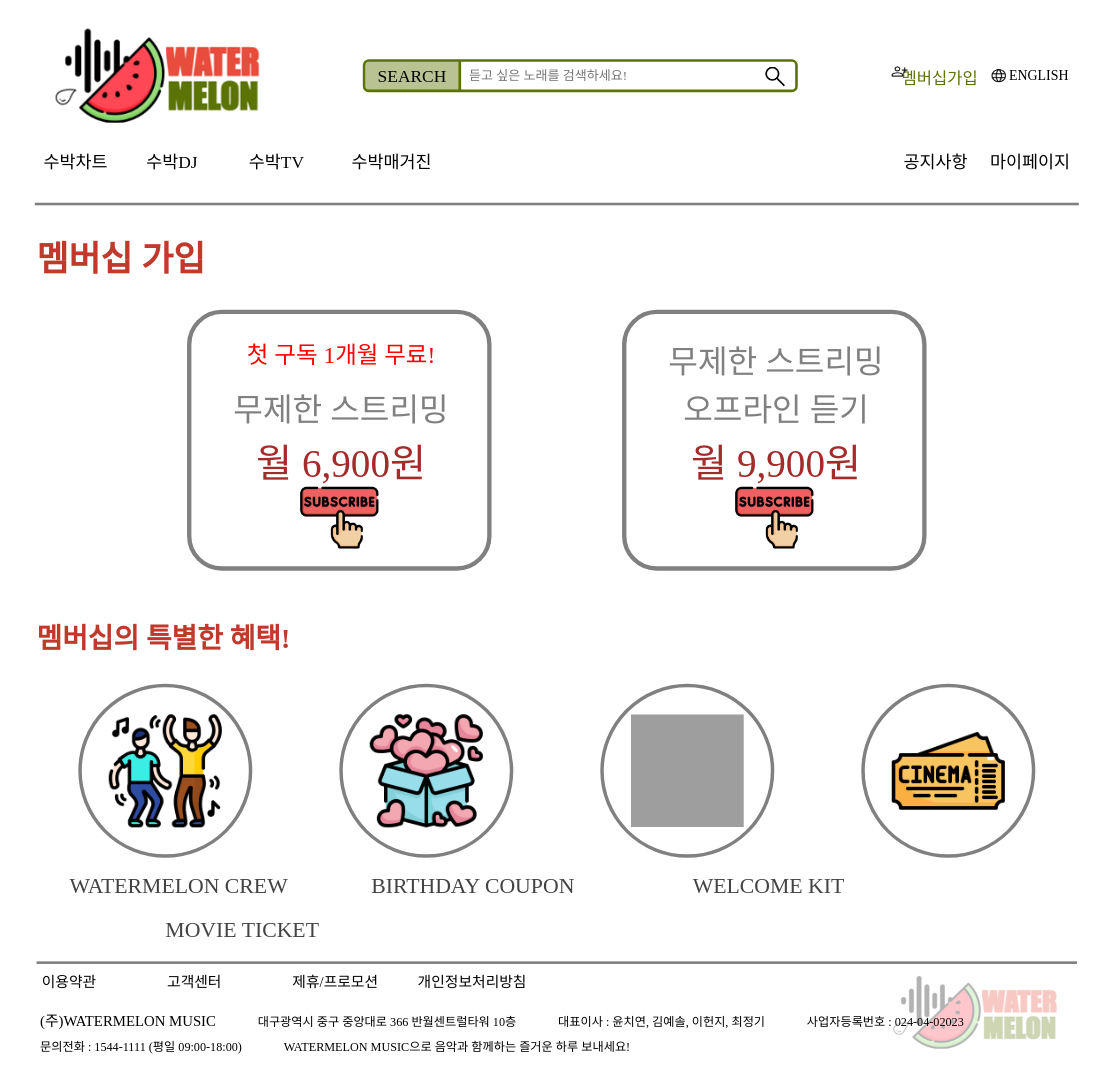
Repository: anchobb/TEAM_STS
Page: http://localhost/PJ_TEAM01/WEB-INF/views/membership.jsp
An editor plug-in stored every save of this project. The page is shown before and after the next save, followed by the edit.
The browser window is 1280 px wide. The pictures show the whole page, at 87% of full size.
Pictures or frames that could not be fetched are drawn as grey boxes. Some web fonts or font styles are not loaded; a fallback is used. Some web libraries are served in a nearby version. The page is served by Tomcat 9. Nobody is signed in. The template is opened directly, without the code that normally fills it, so the values that code supplies are empty.

Above is the page before, as saved 2023-09-11 12:07:04.

After the next save:
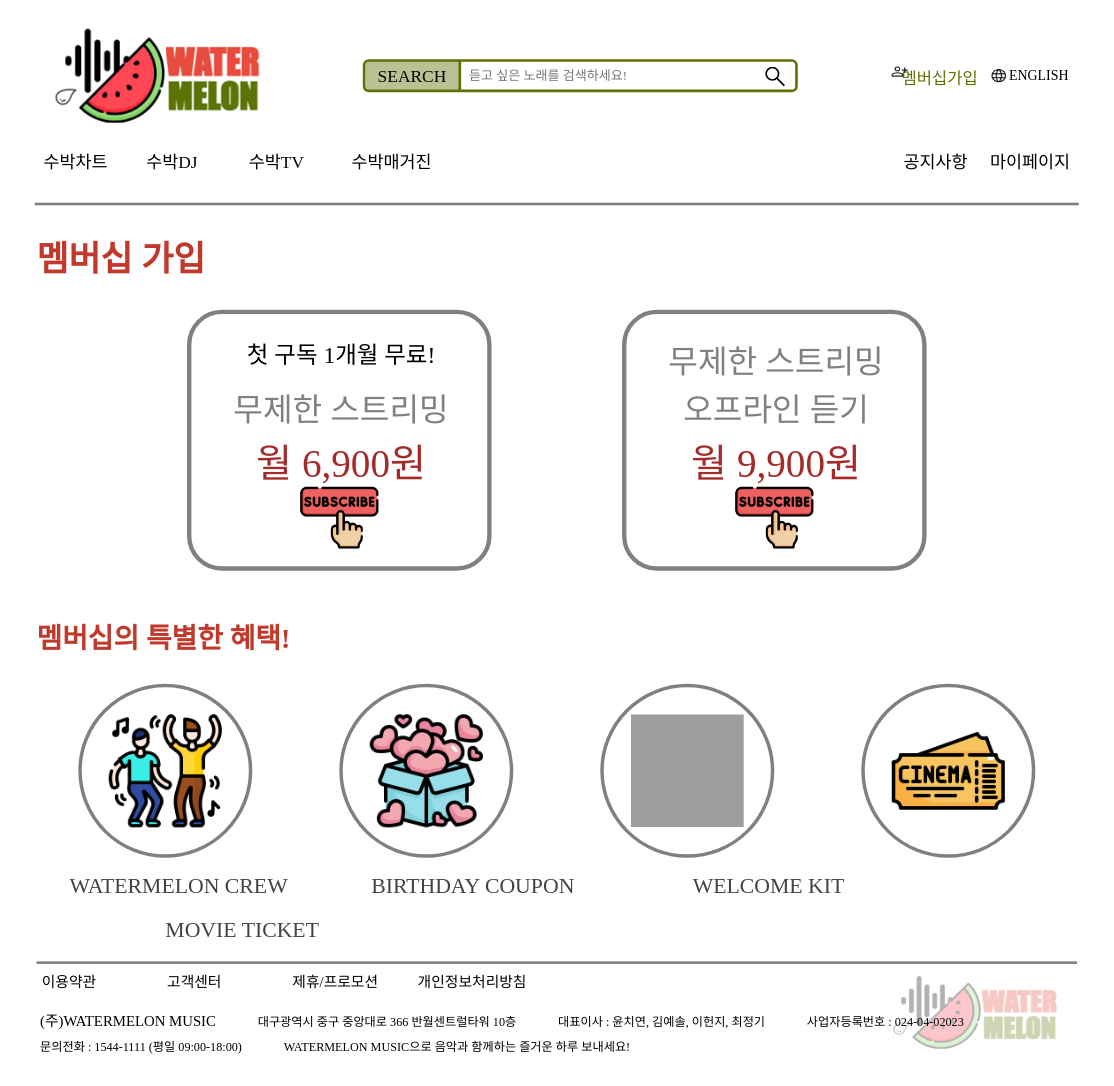
Saved 44 s later.
--- a/PJ_TEAM01/src/main/webapp/WEB-INF/views/membership.jsp
+++ b/PJ_TEAM01/src/main/webapp/WEB-INF/views/membership.jsp
@@ -114,7 +114,7 @@
             <span class="title">멤버십 가입</span>
             <div>
                 <div class="subscribe_1">
-                    <span style="font-size:27px; color:red;">첫 구독 1개월 무료!</span>
+                    <span style="font-size:27px; color:black;">첫 구독 1개월 무료!</span>
                     <span>무제한 스트리밍</span>
                     <span id="price">월 6,900원</span>
                     <img class="sub_img" src="${pageContext.request.contextPath}/resources/static/img/subscribe.png" alt="">
